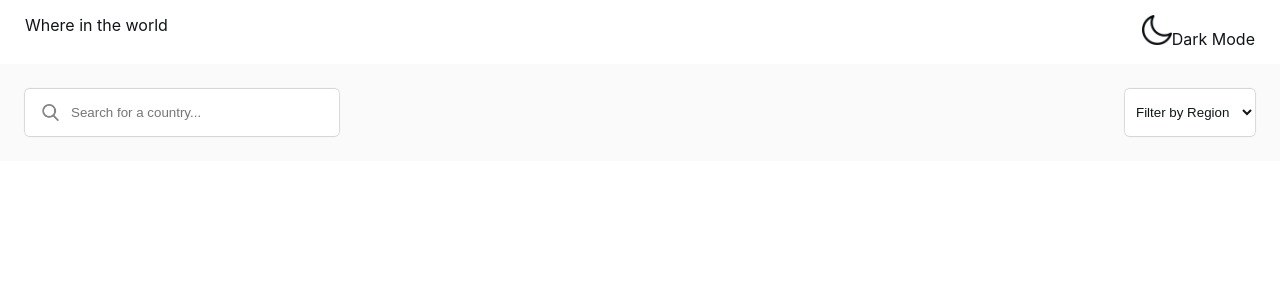
Repository: faithandjs/rest-countries-api
Page: /
An editor plug-in stored every save of this project. The page is shown before and after the next save, followed by the edit.
The browser window is 1280 px wide. The pictures show the whole page.
The page's requests for data from a server got no answer. The project was rebuilt for these pictures with package versions that can differ from the ones it lists, and the page was loaded fresh each time. No one was signed in, and anything a server would have sent is missing. Also part of the build but not shown: src/components/details.tsx.

Above is the page before, as saved 2022-04-14 21:59:56.

### src/App.tsx
import React from 'react';
import Home from './components/home';
import Details from './components/details';
import Nav from './components/nav';
import { Routes, Route } from "react-router-dom"
import Parent from './components/parent'

let path = 'americas'

function App() {
  return (
    <div className='app light'>
      <Parent>
        <Nav/>
        <Routes >
          <Route path='/' element={<Home/>}/>
          <Route path={path} element={<Details/>}/>
        </Routes>
      </Parent>
    </div>
  );
}

export default App;

### src/components/home.tsx
import React, { useContext, useEffect, useRef, useState } from 'react';
import { Link } from "react-router-dom";
import './style/style.scss'
import searchImg from './images/search.png'
import {Wrapper} from './parent';
import {arrItem, items, contextType} from './type'

/*
Users should be able to:
- Search for a country using an `input` field
- Filter countries by region
- Click on a country to see more detailed information on a separate page
- Click through to the border countries on the detail page
- Toggle the color scheme between light and dark mode *(optional)*

*/
// https://restcountries.com/v3.1/all
//
function Home({children} :any): JSX.Element {
    const {data, settingDetails} = useContext(Wrapper) as contextType
    const [toBeDisplayed, setTobeDisplayed] = useState<arrItem[]>([])
    const [inputValue, setInputValue] = useState('')
    const [currentCountries, setCurrentCountries] = useState <items[]>([])
    const currentCountriesSet = useRef(false)
    const passed1 = useRef(false)
    const passed2 = useRef(false)
    const initalDataLoad = useRef<boolean>(false)

    const settingCurrent = (newData:arrItem[]) => {
        /*console.log('inside setting current', 'current countres',  currentCountries)
        console.log( 'data',Object.keys(data).length)
        console.log(  'toBeDisplayed', Object.keys(toBeDisplayed).length)*/
        console.log('inside settingcurrent newdata:', Object.keys(newData).length)
        if (newData !== undefined || newData !== null || newData !== []){
            let arr: items[] = [];
            newData.map(item =>{
                arr.push({
                    flags: item.flags.png,
                    name: item.name.common,
                    population: item.population,
                    region: item.region,
                    capital: item.capital
                })
            })
            console.log('inside settingcurrent arr:', Object.keys(arr).length)
            setCurrentCountries(arr)
            currentCountriesSet.current = true
        }
    }
    useEffect(
        () => {
            if(passed1.current){
                localStorage.setItem('countries-data', JSON.stringify(data))
                if(!initalDataLoad.current){
                    settingCurrent(data)
                    setTobeDisplayed(data)
                    console.log('initial tbd set and settingcurrent(data)')
                    initalDataLoad.current = true
                }
            }
            passed1.current = true
           }
        , [data])
    useEffect(
        () => {
            if(passed2){
                search()
                console.log('search()')
            }
            passed2.current = true
        }
    , [inputValue, toBeDisplayed])
    const search = () => {
        if(inputValue === ''){
            settingCurrent(toBeDisplayed)
        }else {
            let arr:arrItem[] = [];
            toBeDisplayed.map(item =>{
                if (item.name.common.toLowerCase().includes(`${inputValue.toLowerCase()}`) ){
                    arr.push(item)
                }
            })
            console.log('inside search arr:', Object.keys(arr).length)
            settingCurrent(arr)
         }
    }
    console.log('toBeDisplayed',  Object.keys(toBeDisplayed).length,
     'general', currentCountries)
    const selectRegion = () =>{
        let arr:arrItem[] = []
        let value = document.querySelector('select')!.value
        console.log('region', value)
        if(value !== 'all'){
            data.map(item => {
                if (item.region === value){
                    arr.push(item)
                }
            })
            console.log('here',arr)
            setTobeDisplayed(arr)
            settingCurrent(arr)
        }else{
            settingCurrent(data)
            setTobeDisplayed(data)
            console.log('on click fileter by region')
        }
    }
    //search()
     return (
            <div className='home'>
                <form onSubmit={(e) => e.preventDefault()}>
                    <div>
                        <img src={searchImg} alt='search icon'/>
                        <input value={inputValue} type='text'
                        onChange={(evt:React.FormEvent<HTMLInputElement>) => {
                            setInputValue((evt.target as HTMLInputElement).value)
                        }}
                        placeholder='Search for a country...'/>
                    </div>
                    <select name='region' onChange={() => selectRegion()}>{/* path /region/name */}
                        <option value='all' >Filter by Region</option>
                        <option value='Africa' >Africa</option>
                        <option value='Americas'>Americas</option>
                        <option value='Asia'>Asia</option>
                        <option value='Europe'>Europe</option>
                        <option value='Oceania'>Oceania</option>
                    </select>
                </form>

                <div className='all-flags'>
                    {currentCountriesSet.current ?
                        currentCountries!.map((item, index) =>{
                            const alt = item.name + ' flag'
                            //make a to var that consists of /name
                            return (
                                <Link to='americas'>
                                <div key={index} className='a-flag' onClick={() => settingDetails(item)} >
                                    <div className='flag-box'><img src={item.flags} alt={alt}/></div>
                                    <div className='text'>
                                        <h2>{item.name}</h2>
                                        <div>
                                            <div><span>population:</span> {item.population}</div>
                                            <div><span>region:</span> {item.region}</div>
                                            <div><span>capital:</span> {item.capital}</div>
                                        </div>
                                    </div>
                                </div>
                                </Link>
                            )
                        }): null
                    }
                </div>
            </div>
    );
}

export default Home;

### src/components/nav.tsx
import React, {useContext} from 'react';
import {Wrapper} from './parent';
import {contextType} from './type'

function Nav() {
    const { currentIcons, changeClasses } = useContext(Wrapper) as contextType
/*
    const changeClasses = () => {
       const box = document.querySelector('.app')?.classList
        if(document.querySelector('.light')){
            console.log('light', box)
            box?.add('dark')
            box?.remove('light')
       }else if(document.querySelector('.dark' )){
           console.log('dark', box)
           box?.add('light')
           box?.remove('dark')
       }
    }*/
    return (
        <div className='navbar'>
            <div>Where in the world</div>
            <div onClick={() => changeClasses()} className='mode-box'>
                <img src={currentIcons.src} alt='mode icon' />
                Dark Mode
            </div>
        </div>
    );
}

export default Nav;

### src/components/parent.tsx
import React, { createContext, useRef, useState, useEffect, useMemo, Props, ClassAttributes } from 'react';
import arrowBlack from './images/right-arrow.png'
import arrowWhite from './images/right-arrow (1).png'
import mode from './images/sleep-mode (1).png'
import modeFill from './images/sleep-mode (2).png'
import {arrItem, contextType, detailsType, items, dynamic} from './type'

export const Wrapper = createContext<contextType | null>(null)
const { Provider } = Wrapper
const Parent: React.FC<React.ReactNode> =({children}) => {
    const axios = require('axios').default;
    const [data, setData] = useState<arrItem[]>([])
    const [selectedCountry, setSelectedCountry] = useState<number>(0)
    const modeIcons = {
        dark: {
            mode: modeFill,
            arrow: arrowWhite
        },
        light: {
            mode: mode,
            arrow: arrowBlack
        }
    }
    const [details, setDetails] = useState<detailsType>({
        flag: '',
        name: '',
        nativeName: '',
        population: 0,
        region: '',
        subRegion: '',
        capital: [],
        tld: [],
        currencies: [],
        languages: {},
        borders: []
    })
    const getLS = localStorage.getItem('countries-data')
    const passed = useRef(false)
    const native = useRef('')
    const [currentIcons, setCurrentIcons] = useState({
        src: modeIcons.light.mode,
        arrow: modeIcons.light.arrow
    })
    const changeClasses = () => {
        const box = document.querySelector('.app')?.classList
        if(document.querySelector('.light')){
             box?.add('dark')
             box?.remove('light')
             setCurrentIcons({
                src: modeIcons.dark.mode,
                arrow: modeIcons.dark.arrow
             })
        }else if(document.querySelector('.dark' )){
            setCurrentIcons({
                src: modeIcons.light.mode,
                arrow: modeIcons.light.arrow
             })
            box?.add('light')
            box?.remove('dark')
        }
     }
    const settingDetails = (obj:items) => {
        data.map((item, index) => {
            if (item.name.common === obj.name){
            const active = data[index]
            const nativeNames = active.name.nativeName;
            Object.entries(nativeNames).forEach(([key, value], index) => {
                if (index === (Object.keys(nativeNames).length - 1)){
                    console.log(`${index}: ${key} = ${value.common}`);
                    native.current = value.common
                }
              });
            console.log(index, active,active.borders)
            setDetails({
                flag: active.flags.svg,
                name: active.name.common,
                nativeName: native.current,
                population: active.population,
                region: active.region,
                subRegion: active.subregion,
                capital: active.capital,
                tld: active.tld,
                currencies: [],
                languages: active.languages,
                borders: active.borders
            })
            }
        })

    }
    //console.log(details)
    useEffect(
        () => {
            if(!passed.current){
                if( getLS === 'undefined' || getLS === null || getLS === '[]'){
                axios.get('https://restcountries.com/v3.1/all')
                .then(function (response:any) {
                    setData(response.data)
                })
                .catch(function (error:any) {
                    console.log(error);
                  })
                }else{
                    setData(JSON.parse(getLS))
                }
                passed.current = true;
            }
        }
            ,[])
    const value:contextType = useMemo(
        () => ({data, details, currentIcons, changeClasses, settingDetails})
        , [data, details, currentIcons, changeClasses, settingDetails]
    )
    return (
        <Provider value={value}>
           {children}
        </Provider>
    );
}
export default Parent;

### src/components/style/style.scss
$DarkBlue: hsl(209, 23%, 22%); // (Dark Mode Elements)
$VeryDarkBlue: hsl(207, 26%, 17%); //(Dark Mode Background)
$VeryDark: hsl(200, 15%, 8%); //(Light Mode Text)
$DarkGray: hsl(0, 0%, 52%); //(Light Mode Input)
$VeryLightGray: hsl(0, 0%, 98%); // (Light Mode Background)
$White: hsl(0, 0%, 100%); //(Dark Mode Text & Light Mode Elements)
$shadow: 0px 0px 1px 0.2px ;
@mixin theme ($bg, $element, $text, $shadowColor) {
    background-color: $bg;
    color: $text;
    .navbar{
        background-color: $element;
        //bottttom box shadow
    }
    a:-webkit-any-link{
        color: $text;
    }
    .home{
        form{
            div{
                box-shadow: $shadow $shadowColor;
                input{
                    background-color: $element;
                }
                background-color: $element;
            }
            select{
                box-shadow: $shadow $shadowColor;
                background-color: $element;
                color: $text;
            }
        }
        .all-flags{
            .a-flag{
                background-color: $element;
                box-shadow: $shadow $shadowColor;
            }
        }
    }
}
.dark{
    @include theme($VeryDarkBlue, $DarkBlue , $White, $VeryDark)
}
.light{
    @include theme($VeryLightGray, $White , $VeryDark, $DarkGray )
}
.navbar{
    display: flex;
    justify-content: space-between;
    padding: 15px 25px;
    img{
        width: 30px;
    }
    //color at the bottom?
    //also this part is diffrent from background
}
.navbar::after {
    content: '';
    position: absolute;
    width: 100%;
    height: 10px;
    top: 0;
    left: 0;
    z-index: -1;
    box-shadow: 0px 0px 10px 1px rgba(0, 0, 0, 0.75);
}
.details {
    .back{
        img{
            transform: rotate(180deg);
        }
    }
}
a:-webkit-any-link {
    text-decoration: none;
}
.home{
    form{
        display: flex;
        justify-content: space-between;
        padding: 25px;
        input, select{
            outline: 0;
        }
        div{
            width: 300px;
            padding: 15px 7px;
            display: flex;
            border-radius: 4px;
            img{
                width: 17px;
                padding: 0 10px;
            }
            input{
                border: 0;
            }
        }
        select{
            border-radius: 4px;
            width: 130px;
            border: 0;
            padding: 15px 7px;
        }
    }
    .all-flags{
        display: flex;
        flex-wrap: wrap;
        justify-content: space-around;
        margin: 0 15px;
        .a-flag{
            margin: 0 15px 35px;
            //padding: 10px;
            width: 280px;
            height: 330px;
            border-radius: 7px;
            //background-color: $White; //set!!!!!!
            .flag-box{
                height: 170px;
                width: 100%;
                img{
                    width: -webkit-fill-available;
                    height: 100%;
                    object-fit: fill;
                    border-top-left-radius: 7px;
                    border-top-right-radius: 7px;
                }
            }
            .text{
                padding: 0 6px;
                span{
                    text-transform: capitalize;
                    font-weight: bold;
                }
            }
        }
    }//0px 0px 4px 0.3px hsl(200deg 15% 8%) box shadow
}

Loaded but not shown: src/index.tsx (common file); src/index.css (common file); src/reportWebVitals.ts (common file)

After the next save:
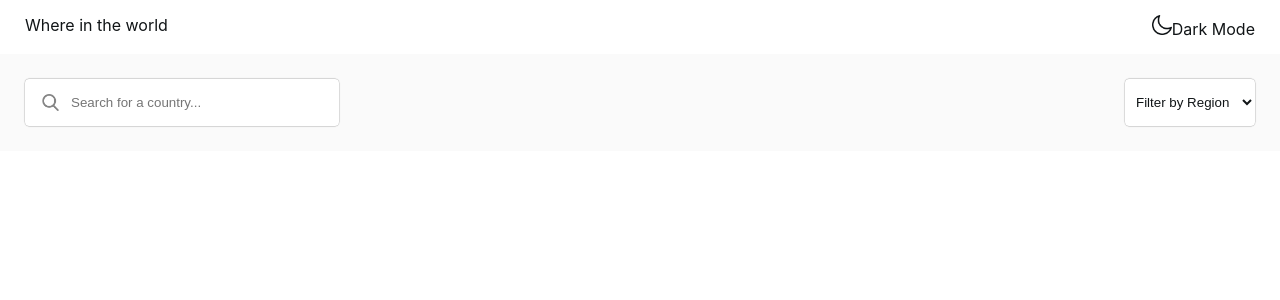
Saved 3 min 10 s later.
--- a/src/components/style/style.scss
+++ b/src/components/style/style.scss
@@ -49,7 +49,7 @@ $shadow: 0px 0px 1px 0.2px ;
     justify-content: space-between;
     padding: 15px 25px;
     img{
-        width: 30px;
+        width: 20px;
     }
     //color at the bottom?
     //also this part is diffrent from background
